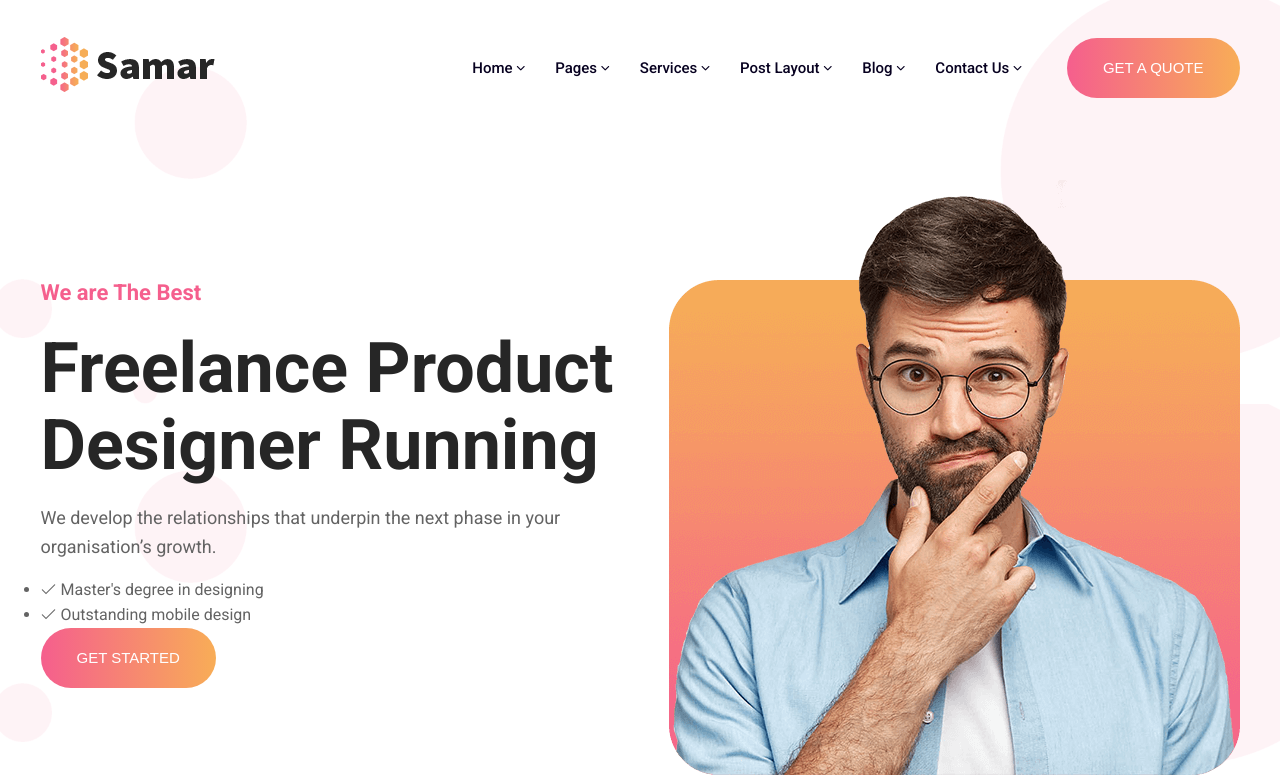
Repository: ducdatit2002/samar
Page: index.html
The author's editor kept a copy of each file at every save. The page is drawn from the files as they stood at one save, then again after the next save.
The browser window is 1280 px wide. The pictures show the whole page.

Above is the page before, as saved 2023-07-26 23:33:12.

### index.html
<!DOCTYPE html>
<html lang="en">
  <head>
    <meta charset="UTF-8" />
    <meta name="viewport" content="width=device-width, initial-scale=1.0" />
    <title>Samar - HTML Template</title>

    <!-- FONT AWESOME -->
    <link
      rel="stylesheet"
      href="https://cdnjs.cloudflare.com/ajax/libs/font-awesome/6.4.0/css/all.min.css"
      integrity="sha512-iecdLmaskl7CVkqkXNQ/ZH/XLlvWZOJyj7Yy7tcenmpD1ypASozpmT/E0iPtmFIB46ZmdtAc9eNBvH0H/ZpiBw=="
      crossorigin="anonymous"
      referrerpolicy="no-referrer"
    />
    <!-- LINE AWESOME -->
    <link rel="stylesheet" href="https://maxst.icons8.com/vue-static/landings/line-awesome/line-awesome/1.3.0/css/line-awesome.min.css">
    <!-- GOOGLE FONT -->
    <link rel="preconnect" href="https://fonts.googleapis.com" />
    <link rel="preconnect" href="https://fonts.gstatic.com" crossorigin />
    <link
      href="https://fonts.googleapis.com/css2?family=Hind:wght@300;400;700&family=Roboto:wght@300;400;500;700&display=swap"
      rel="stylesheet"
    />
    <!-- FLATICON -->
    <link rel="stylesheet" href="./css/flaticon/flaticon.css">
    <!-- MAIN CSS -->
    <link rel="stylesheet" href="./index.css" />
  </head>
  <body>
    <!-- HEADER -->
    <header>
      <div class="container">
        <div class="header__content">
          <a href="#">
            <img src="./img/logo-2.png" alt="logo-2">
          </a>
          <nav>
            <ul>
              <li>
                <a href="#">
                  <span>Home</span>
                  <i class="fa fa-chevron-down"></i>
                </a>
              </li>
              <li>
                <a href="#">
                  <span>Pages</span>
                  <i class="fa fa-chevron-down"></i>
                </a>
              </li>
              <li>
                <a href="#">
                  <span>Services</span>
                  <i class="fa fa-chevron-down"></i>
                </a>
              </li>
              <li>
                <a href="#">
                  <span>Post Layout</span>
                  <i class="fa fa-chevron-down"></i>
                </a>
              </li>
              <li>
                <a href="#">
                  <span>Blog</span>
                  <i class="fa fa-chevron-down"></i>
                </a>
              </li>
              <li>
                <a href="#">
                  <span>Contact Us</span>
                  <i class="fa fa-chevron-down"></i>
                </a>
              </li>
            </ul>
            <div class="header__button">
              <button class="btn-gradient">
                Get A Quote
              </button>
            </div>
          </nav>
        </div>
      </div>
    </header>
    <!-- CAROUSEL -->
    <section class="saCarousel">
      <div class="container">
        <div class="saCarousel__content">
          <div class="saCarousel__left">
            <div class="title">
              <p>We are The Best</p>
              <h2>Freelance Product Designer Running</h2>
            </div>
            <div class="saCarousel__article">
              <p>
                We develop the relationships that underpin the next phase in your
                <br>organisation’s growth.
              </p>
              <ul>
                <li>
                  <i class="las la-check"></i>
                  Master's degree in designing
                </li>
                <li>
                  <i class="las la-check"></i>
                  Outstanding mobile design
                </li>
              </ul>
              <button class="btn-gradient">
                GET STARTED
              </button>
            </div>
          </div>
          <div class="saCarousel__right">
            <div class="saCarousel__banner">
              <img src="./img/pic3_1.png" alt="pic3_1">
            </div>
          </div>
        </div>
      </div>
    </section>
    <!-- JQUERY -->
    <script
      src="https://cdnjs.cloudflare.com/ajax/libs/jquery/3.7.0/jquery.js"
      integrity="sha512-8Z5++K1rB3U+USaLKG6oO8uWWBhdYsM3hmdirnOEWp8h2B1aOikj5zBzlXs8QOrvY9OxEnD2QDkbSKKpfqcIWw=="
      crossorigin="anonymous"
      referrerpolicy="no-referrer"
    ></script>
  </body>
</html>

### index.css
/* GLOBAL */
* {
  margin: 0;
  padding: 0;
  box-sizing: border-box;
}
html,
body {
  font-family: "Hind", sans-serif;
  font-family: "Roboto", sans-serif;
  color: #636363;
  font-weight: 400;
  line-height: 1.6;
}
a {
  text-decoration: none;
}
.container {
  max-width: 1199px;
  margin: auto;
}
/* HEADER */
header {
  position: absolute;
  top: 0;
  left: 0;
  width: 100%;
}
.header__content {
  display: flex;
  justify-content: space-between;
  align-items: center;
}
.header__content nav {
  display: flex;
  align-items: center;
}
.header__content nav ul {
  display: flex;
  margin-right: 30px;
}
.header__content li {
  padding: 55px 15px;
  list-style: none;
}
.header__content li a {
  color: #070120;
  text-transform: capitalize;
  font-size: 15px;
  font-weight: 500;
  transition: all 0.5s;
}
.header__content span {
  display: inline-block;
  transition: all 0.1s;
}
.header__content a:hover {
  color: #f55f8d;
}
.header__content a:hover span {
  animation: upToDown 0.3s;
}
.header__content i {
  font-size: 9px;
  margin-top: -3px;
  vertical-align: middle;
}
.btn-gradient {
  padding: 20px 35px;
  font-size: 15px;
  font-weight: 500;
  background-image: linear-gradient(
    to right,
    #f55f8d 0,
    #f8ae56 51%,
    #f55f8d 100%
  );
  background-size: 200%;
  border: 1px solid transparent;
  transition: all 0.5s;
  border-radius: 30px;
  color: #fff;
  cursor: pointer;
  outline: none;
  text-transform: uppercase;
  line-height: 1.2;
}
.btn-gradient:hover {
  background-position: right center;
  color: #fff;
  text-decoration: none;
}
/* CAROUSEL */
.saCarousel {
    padding-top: 180px;
    overflow: hidden;
    background-image: url(./img/pic2.png);
    background-position: top;
    background-size: 100%;
}
.saCarousel__content {
    display: flex;
    align-items: center;
}
.saCarousel__left {
    width: 60%;
}
.saCarousel__left .title p {
    font-weight: 600;
    font-size: 22px;
    margin-bottom: 20px;
    color: #f55f8d;
}
.saCarousel__left .title h2 {
    font-size: 70px;
    line-height: 1.1;
    font-weight: 800;
    color: #262626;
    margin-bottom: 20px;
}
.saCarousel__article p {
    font-size: 18px;
    margin-bottom: 15px;
}

/*Animation */
@keyframes upToDown {
  49% {
    transform: translateY(100%);
  }
  50% {
    opacity: 0;
    transform: translateY(-100%);
  }
  51% {
    opacity: 1;
  }
}

Loaded but not shown: css/flaticon/flaticon.css (common file)

After the next save:
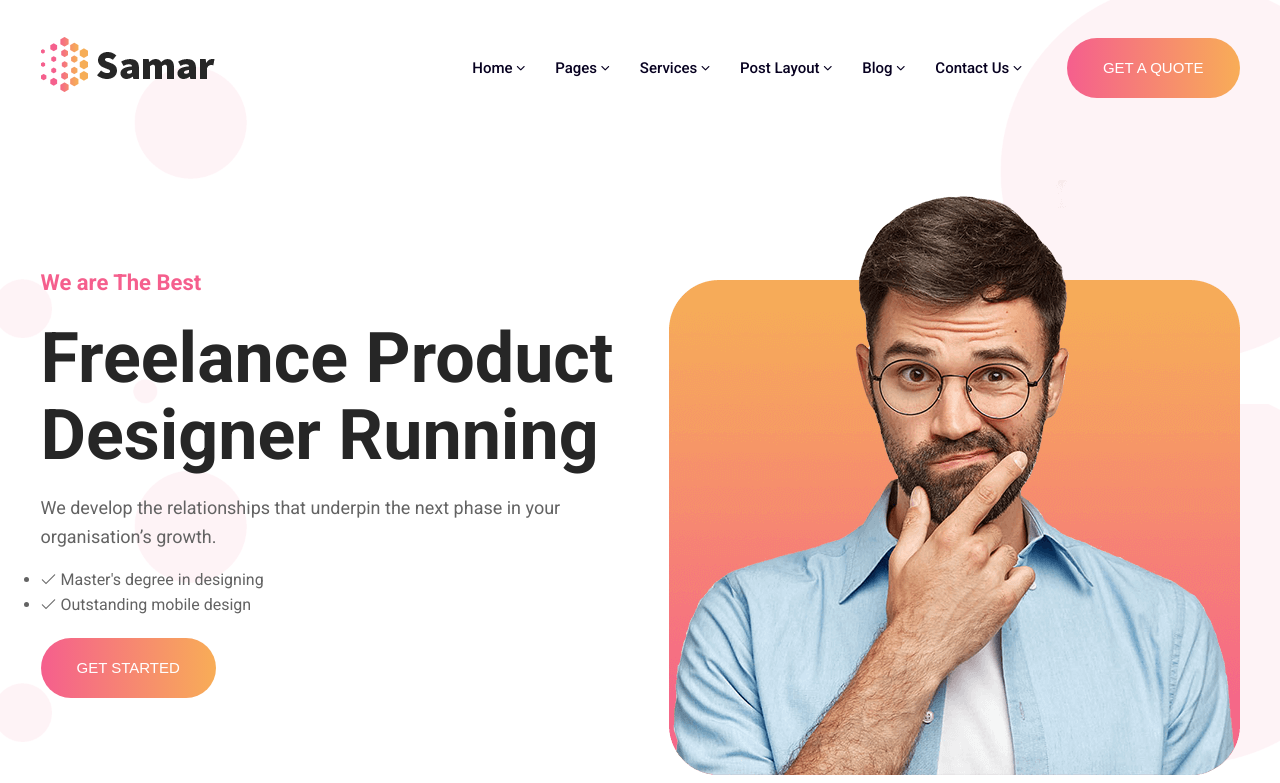
Saved 17 s later.
--- a/index.css
+++ b/index.css
@@ -122,6 +122,9 @@
     font-size: 18px;
     margin-bottom: 15px;
 }
+.saCarousel__content ul {
+    margin-bottom: 20px;
+}
 
 /*Animation */
 @keyframes upToDown {
